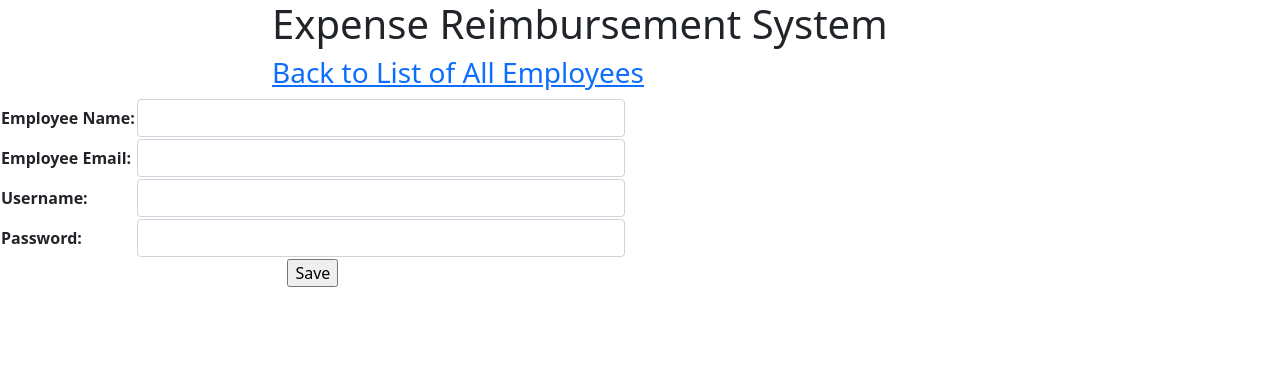
Repository: CCunningham0/project1
Page: http://localhost/reimbursement/employee-form.jsp
These files come from the project's save history. The page is drawn as it stood at one moment and after the next save; the edit follows.
The browser window is 1280 px wide. The pictures show the whole page.
The page is served by Tomcat 10. Other server files are loaded and not shown.

Above is the page before, as saved 2021-09-07 05:29:08.

### reimbursement/src/main/webapp/employee-form.jsp
<html>
<head>
<meta charset="UTF-8">
<title>Expense Reimbursement System</title>
<link href="https://cdn.jsdelivr.net/npm/bootstrap@5.1.0/dist/css/bootstrap.min.css" rel="stylesheet" integrity="sha384-KyZXEAg3QhqLMpG8r+8fhAXLRk2vvoC2f3B09zVXn8CA5QIVfZOJ3BCsw2P0p/We" crossorigin="anonymous">
<script src="https://cdn.jsdelivr.net/npm/bootstrap@5.1.0/dist/js/bootstrap.bundle.min.js" integrity="sha384-U1DAWAznBHeqEIlVSCgzq+c9gqGAJn5c/t99JyeKa9xxaYpSvHU5awsuZVVFIhvj" crossorigin="anonymous"></script>
<script type="text/javascript" language="javascript" src="https://code.jquery.com/jquery-3.5.1.js"></script>
<script type="text/javascript">
</script>

</head>

<body>



<div class="container">
<div class="row">
	<div class="col-md-2"></div>
	<div class="col-md-8">
	 <h1>Expense Reimbursement System</h1>
        <h3>
         <a href="employee-list.jsp">Back to List of All Employees</a>
         &nbsp;&nbsp;&nbsp;
         <!-- <a href="list">List All Employee</a> -->

        </h3>
	</div>
	<div class="col-md-2"></div>
</div>

</div>

   <form action="http://localhost:8080/reimbursement/EmployeeServlet?action=add" method="post">
        <table>
        <tr>
                <th>Employee Name: </th>
                <td>
                 <input class="form-control" type="text" name="name" size="45"

                  />
                </td>
            </tr>
            <tr>
                <th>Employee Email: </th>
                <td>
                 <input class="form-control"  type="text" name="email" size="45"

                 />
                </td>
            </tr>
            <tr>
                <th>Username: </th>
                <td>
                 <input class="form-control"  type="text" name="username" size="15"

                 />
                </td>
            </tr>
            <tr>
                <th>Password: </th>
                <td>
                 <input class="form-control" type="number" name="password" size="15"/>
                </td>
            </tr>
            <!-- <tr>
                <th>Type </th>
                <td>
				  <input type="radio" id="emp" name="type" value="Employee">
				  <label for="emp">Employee</label>
				  <br>
				  <input type="radio" id="manager" name="type" value="Finance manager">
				  <label for="manager">Finance manager</label>
                </td>
            </tr> -->
            <tr>
             <td colspan="2" align="center">
              <input type="submit" value="Save" />
             </td>
            </tr>
        </table>
   </form>
  </div>

</body>
</html>

After the next save:
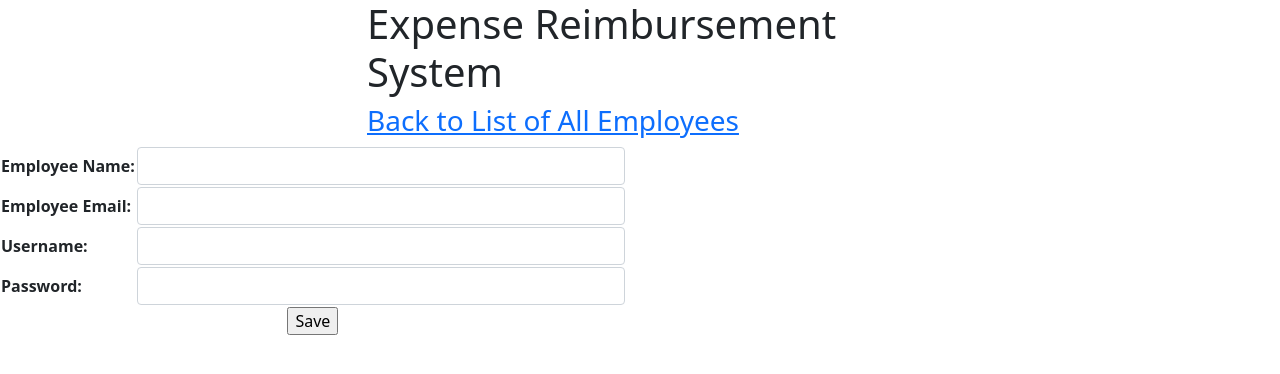
Saved 49 s later.
--- a/reimbursement/src/main/webapp/employee-form.jsp
+++ b/reimbursement/src/main/webapp/employee-form.jsp
@@ -16,8 +16,8 @@
 
 <div class="container">
 <div class="row">
-	<div class="col-md-2"></div>
-	<div class="col-md-8">
+	<div class="col-md-3"></div>
+	<div class="col-md-6">
 	 <h1>Expense Reimbursement System</h1>
         <h3>
          <a href="employee-list.jsp">Back to List of All Employees</a>
@@ -26,7 +26,7 @@
 
         </h3>
 	</div>
-	<div class="col-md-2"></div>
+	<div class="col-md-3"></div>
 </div>
 
 </div>
